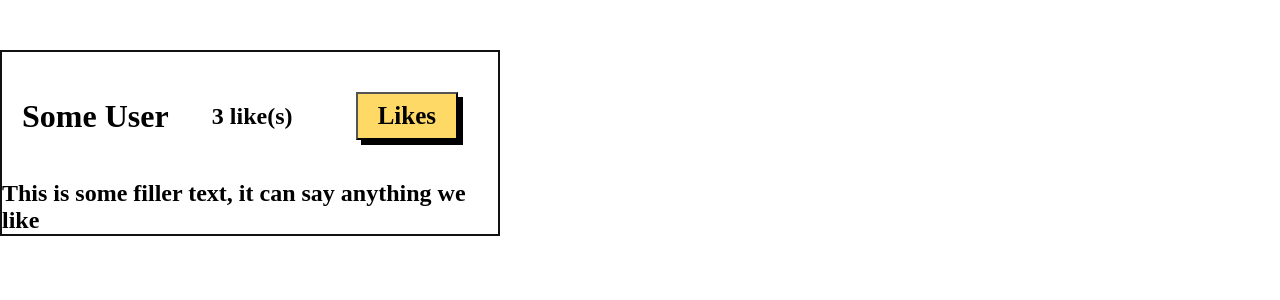
Repository: Blender20/liking_likes
Page: index.html
The author's editor kept a copy of each file at every save. The page is drawn from the files as they stood at one save, then again after a run of saves.
The browser window is 1280 px wide. The pictures show the whole page.
Some web fonts or font styles are not loaded; a fallback is used.

Above is the page before, as saved 2022-03-29 19:44:56.

After the next 3 saves:
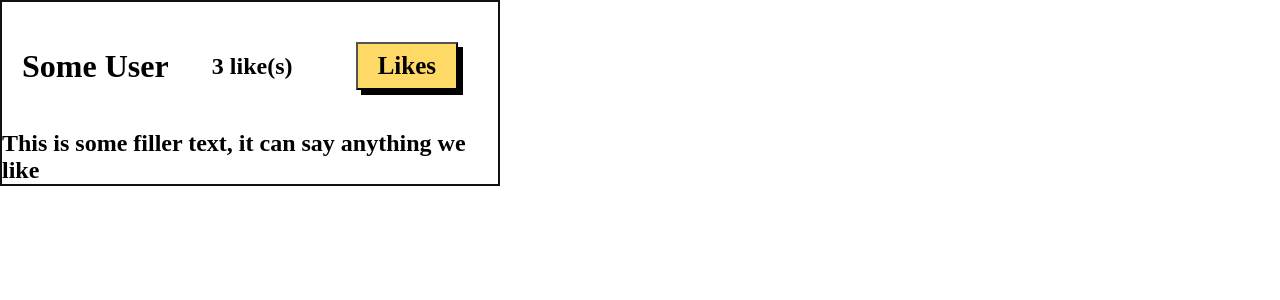
The 3 saves are shown as one change because they came seconds apart.
The last was saved 47 s later.
--- a/style.css
+++ b/style.css
@@ -16,7 +16,7 @@
 
 .column {
   border: 2px solid #111;
-  margin-top: 50px;
+  margin-top: 50px auto;
   width:500px;
   min-height: 150px;
 

After the save that followed:
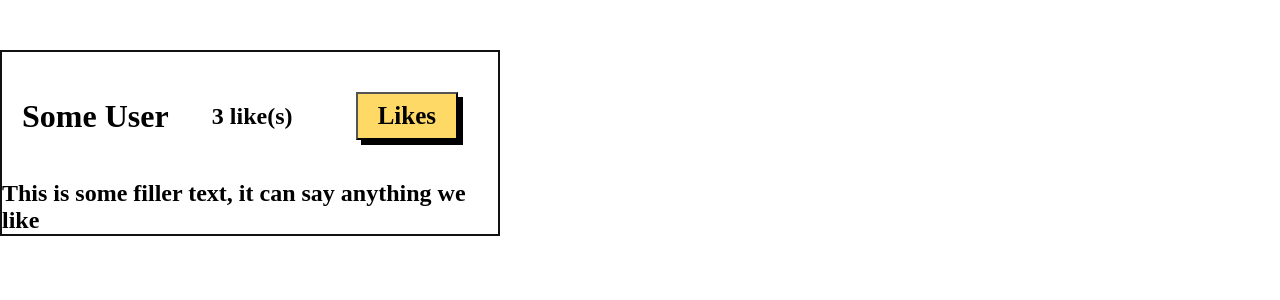
Saved 27 s later.
--- a/style.css
+++ b/style.css
@@ -16,7 +16,7 @@
 
 .column {
   border: 2px solid #111;
-  margin-top: 50px auto;
+  margin-top: 50px;
   width:500px;
   min-height: 150px;
 
